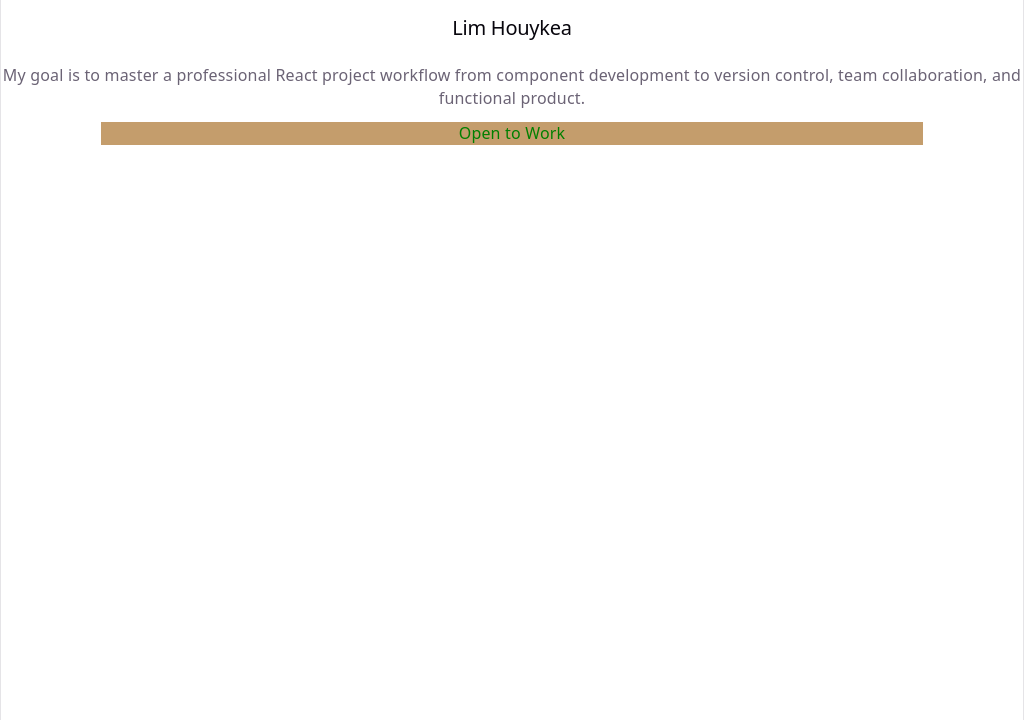
Repository: Houykea/jia-portfolio
Page: /
The author's editor kept a copy of each file at every save. The page is drawn from the files as they stood at one save, then again after the next save.
The browser window is 1024 px wide. The pictures show the whole page.
The project was rebuilt for these pictures with package versions that can differ from the ones it lists, and the page was loaded fresh each time. Also part of the build but not shown: vite.config.js.

Above is the page before, as saved 2026-09-11 17:02:10.

After the next save:
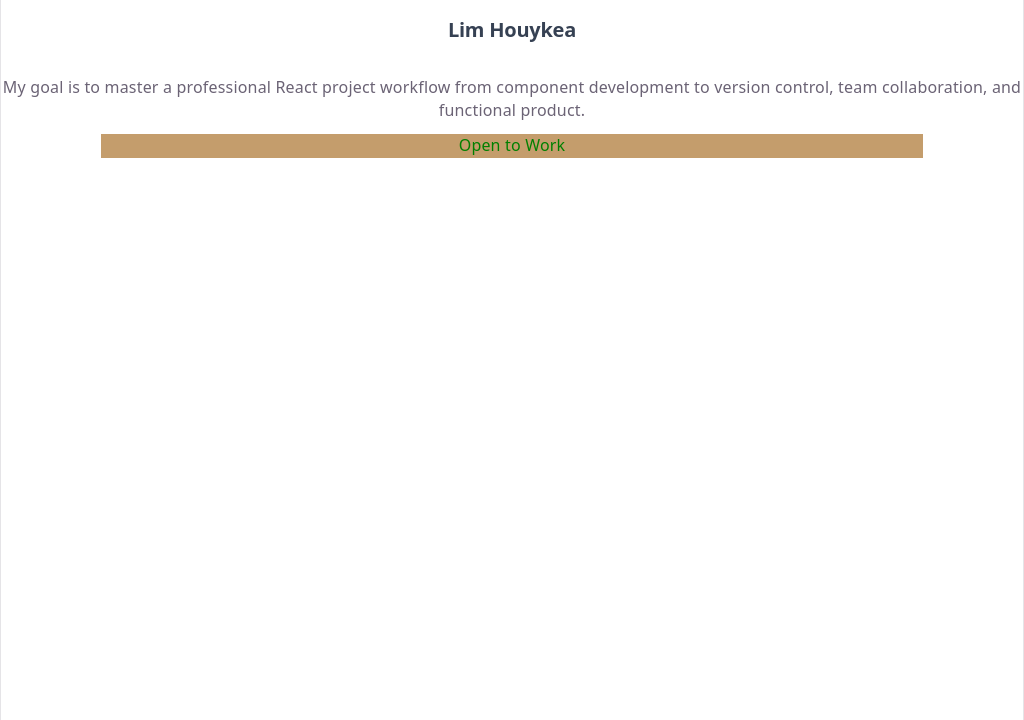
Saved 50 s later.
--- a/src/index.css
+++ b/src/index.css
@@ -67,29 +67,32 @@ body {
   box-sizing: border-box;
 }
 
-h1,
-h2 {
-  font-family: var(--heading);
-  font-weight: 500;
-  color: var(--text-h);
-}
+@layer base {
+  h1,
+  h2 {
+    font-family: var(--heading);
+    font-weight: 500;
+    color: var(--text-h);
+  }
 
-h1 {
-  font-size: 56px;
-  letter-spacing: -1.68px;
-  margin: 32px 0;
-  @media (max-width: 1024px) {
-    font-size: 36px;
-    margin: 20px 0;
+  h1 {
+    font-size: 56px;
+    letter-spacing: -1.68px;
+    margin: 32px 0;
+    @media (max-width: 1024px) {
+      font-size: 36px;
+      margin: 20px 0;
+    }
   }
-}
-h2 {
-  font-size: 24px;
-  line-height: 118%;
-  letter-spacing: -0.24px;
-  margin: 0 0 8px;
-  @media (max-width: 1024px) {
-    font-size: 20px;
+
+  h2 {
+    font-size: 24px;
+    line-height: 118%;
+    letter-spacing: -0.24px;
+    margin: 0 0 8px;
+    @media (max-width: 1024px) {
+      font-size: 20px;
+    }
   }
 }
 p {
